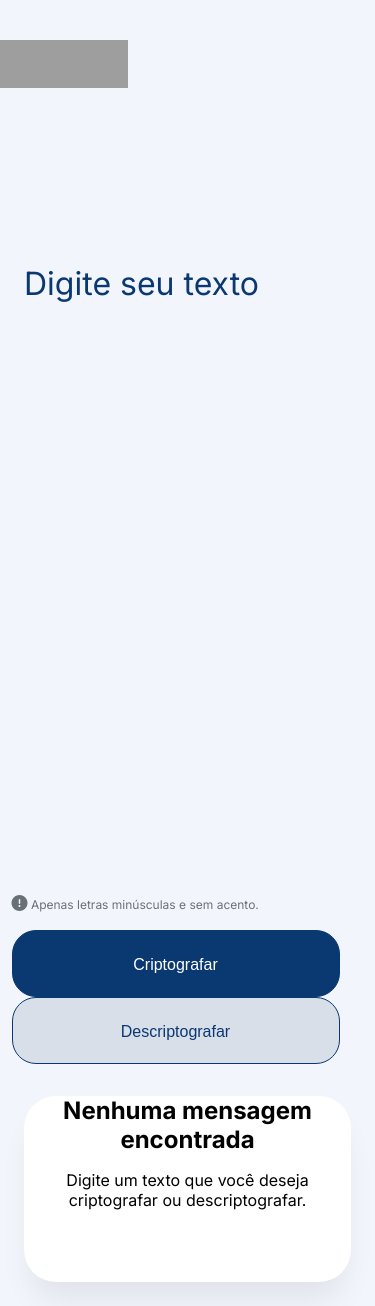
Repository: CarlosEduardoVdeOliveira/descodificador-de-texto
Page: index.html
The author's editor kept a copy of each file at every save. The page is drawn from the files as they stood at one save, then again after the next save.
The browser window is 375 px wide. The pictures show the whole page.
Pictures or frames that could not be fetched are drawn as grey boxes.

Above is the page before, as saved 2023-04-13 08:46:54.

After the next save:
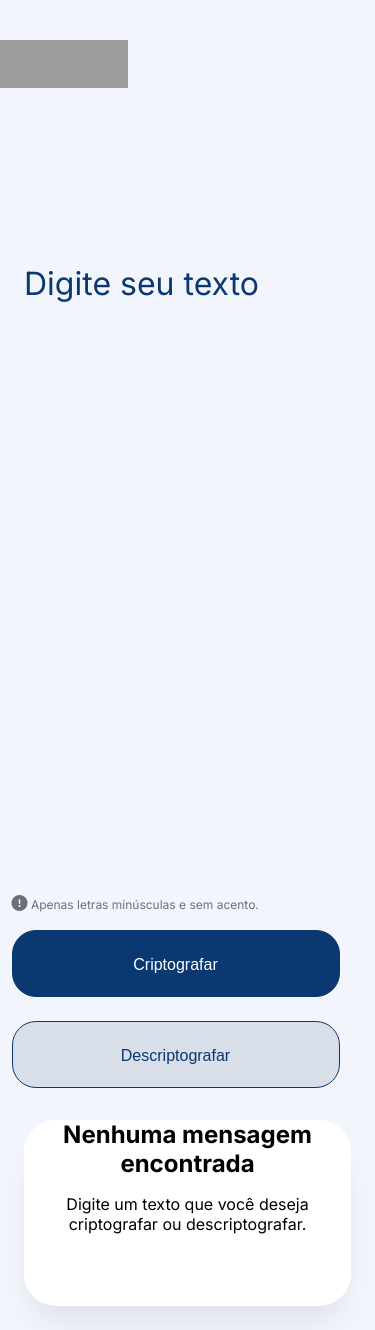
Saved 75 s later.
--- a/public/styles/mobile.css
+++ b/public/styles/mobile.css
@@ -2,6 +2,9 @@
    .info-group-button{
       display: flex;
       flex-direction: column;
+   }
+   .info-group-button .button-cryptography{
+      margin-bottom: 1.5rem;
    }
    .text-cryption{
       width: 20.438rem;
